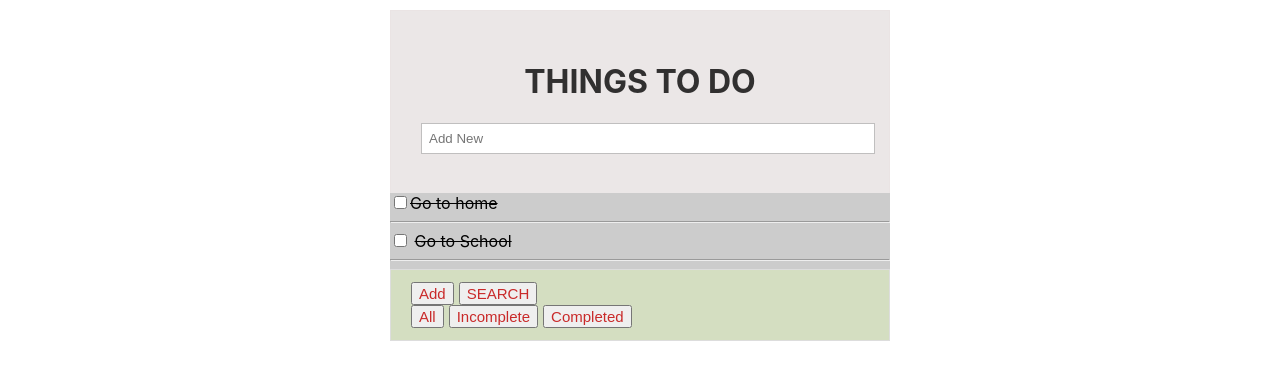
Repository: kirangautam45/To-Do-Application
Page: /
The author's editor kept a copy of each file at every save. The page is drawn from the files as they stood at one save, then again after a run of saves.
The browser window is 1280 px wide. The pictures show the whole page.
The project was rebuilt for these pictures with package versions that can differ from the ones it lists, and the page was loaded fresh each time.

Above is the page before, as saved 2022-08-11 14:27:54.

After the next 3 saves:
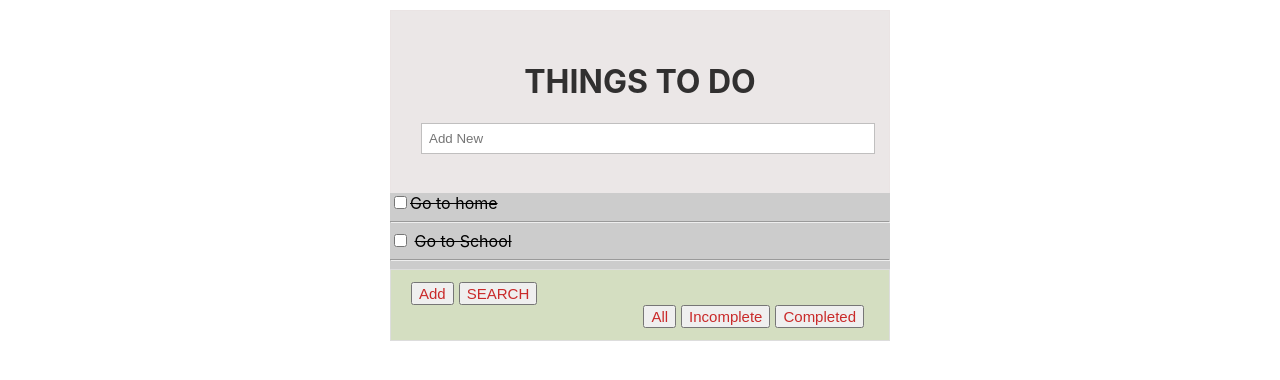
The 3 saves are shown as one change because they came seconds apart.
The last was saved 10 s later.
--- a/src/App.css
+++ b/src/App.css
@@ -39,7 +39,7 @@ font-weight: 300
 text-align: left;
 }
 .Icon_right{
-le
+text-align: right;
 
 }
 
